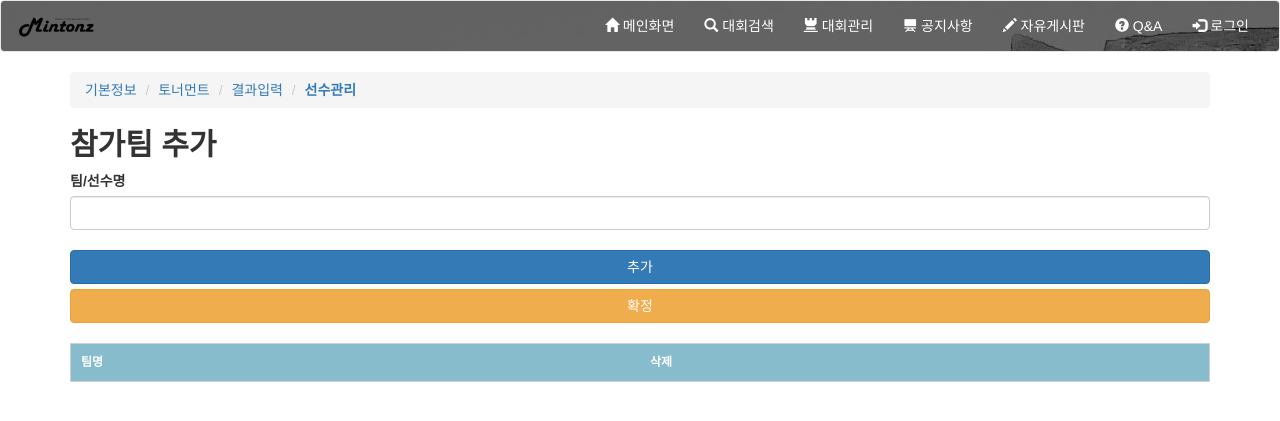
Repository: jjvee/tournament
Page: main/templates/main/admin/addTeam.html
The author's editor kept a record of every edit. The page is drawn from the files as they stood at one moment, then again after the next edit.
The browser window is 1280 px wide. The pictures show the whole page.
The template is drawn by Django 2.2. The application's start-up code is not run. Other server files are loaded and not shown. The template is opened directly, without the code that normally fills it, so the values that code supplies are empty.

Above is the page before.

### main/templates/main/admin/addTeam.html
{% extends "main/base.html" %}
{% block title %}
Mintonz
{% endblock %}


{% block content %}
<style>
	.teamlist{width: 100%; text-align:center; border-collapse: collapse; border:1px solid #d0d0d0; font-size:12px}
	.teamlist tr th{background-color: #86BCCB; padding: 10px; color:#FFFFFF}
	.teamlist tr td{padding: 5px;}
</style>

<script>
    $(function() {
    	$('#addButton').click(function(event) {
			addTeamList();
		});

		$('#confirmButton').click(function(event) {

			var teamArray = [];
			$("table#teamlist tr").each(function() {
			    var middleArr = new Object();
			    var tableData = $(this).find('td#teamname');
			    if (tableData.length > 0) {
			        tableData.each(function() {	middleArr['teamname'] = $(this).text(); });
			        teamArray.push(middleArr);
			    }
			});

			var gameId = '{{game.gameid}}';
			var teamListString = JSON.stringify(teamArray);

			$.ajax({
			type : 'POST',
      		url : '/addTeamProc/',
      		data : {
      			gameId : gameId,
      			teamList : teamListString,
      			"csrfmiddlewaretoken": '{{ csrf_token }}',
      		}
      		}).done(function(responseText) {
          	    if (responseText) {
          	        alert("참가팀 등록을 완료 하였습니다");
          	        var url = '/adminGameTeam/' + gameId;
            	    location.href = url;
          	    }

      		}).always(function() {

      		}).error(function(request, status, error) {
      		    alert("code:" + request.status + "\n" + "message:" + request.responseText + "\n" + "error:" + error);
      		});
		});
	});

	function addTeamList(){
		var teamname = $("#teamname").val();
		if (teamname) {
			$("#teamlist").append("<tr><td id='teamname'>" + teamname + "</td><td onclick='deleteRow(this)'><a href='#'>삭제</a></td></tr>");
			$("#teamname").val("");
		}
	}

	function deleteRow(obj) {
		rowIndex = $(obj).closest('tr').index();
		document.getElementById("teamlist").deleteRow(rowIndex);
	}
</script>
<div class="container">
    <ol class="breadcrumb">
        <li><a href='/adminGame/{{game.gameid}}/'>기본정보</a></li>
        <li><a href='/adminTour/{{game.gameid}}/'>토너먼트</a></li>
        <li><a href='/adminTourResult/{{game.gameid}}/init/'>결과입력</a></li>
        <li class="active"><a href='/adminGameTeam/{{game.gameid}}/'><b>선수관리</b></a></li>
    </ol>
    <h2><b>참가팀 추가</b></h2>
    <label for="teamname">팀/선수명</label>
    <input type="text" class="form-control" id="teamname" name="teamname" onkeypress="if(event.keyCode==13) {addTeamList();}">
    <br>
    <button type="button" class="btn btn-primary btn-block" id="addButton" name="addButton">추가</button>
    <button type="button" class="btn btn-warning btn-block" id="confirmButton" name="confirmButton">확정</button>

    <br>
	<table id="teamlist" class="teamlist">
	    <tr>
	        <th>팀명</th>
	        <th>삭제</th>
	    </tr>
	</table>
</div>
{% endblock %}

### main/templates/main/base.html
<!DOCTYPE html>
<head>
  <title>{% block title %}{% endblock %}</title>
  <meta charset="utf-8">
  <meta http-equiv="X-UA-Compatible" content="IE=edge">
  <meta name="viewport" content="width=device-width, initial-scale=1">
  <link rel="stylesheet" href="https://maxcdn.bootstrapcdn.com/bootstrap/3.3.6/css/bootstrap.min.css">
  <script src="https://ajax.googleapis.com/ajax/libs/jquery/1.12.0/jquery.min.js"></script>
  <script src="https://maxcdn.bootstrapcdn.com/bootstrap/3.3.6/js/bootstrap.min.js"></script>

  {% load static %}
  <!-- JS -->
  <script type="text/javascript" src="{% static 'js/game/game.js' %}"></script>
  <script type="text/javascript" src="{% static 'js/util/common.js' %}"></script>

  <style>
	  #headerLogo{max-width: 80px; height: auto; text-align: left;}
	  .navbar { background-image: url("{% static 'img/background/gray-bg.jpg' %}"); }

	  .navbar-default .navbar-nav li a {
	    color:white;
	  }
	 </style>
</head>
<body>
	<nav class="navbar navbar-default">
      <div class="container-fluid">
        <div class="navbar-header">
          <button type="button" class="navbar-toggle" data-toggle="collapse" data-target="#myNavbar">
            <span class="icon-bar"></span>
            <span class="icon-bar"></span>
            <span class="icon-bar"></span>
          </button>
          <a class="navbar-brand" href="{% url 'main:home' %}"><img id="headerLogo" src="{% static 'img/logo/mintonz_logo_black.png' %}"/></a>
        </div>
        <div class="collapse navbar-collapse" id="myNavbar">
          <ul class="nav navbar-nav navbar-right">
            <li><a href="{% url 'main:home' %}"><span class="glyphicon glyphicon-home"></span>  메인화면</a></li>
            <li><a href="/searchGame"><span class="glyphicon glyphicon-search"></span>  대회검색</a></li>
            <li><a href="/searchAdminGame"><span class="glyphicon glyphicon-tower"></span>  대회관리</a></li>
            <li><a href="/boardList/notice/all"><span class="glyphicon glyphicon-blackboard"></span>  공지사항</a></li>
            <li><a href="/boardList/free/all"><span class="glyphicon glyphicon-pencil"></span>  자유게시판</a></li>
            <li><a href="/boardList/qna/all"><span class="glyphicon glyphicon-question-sign"></span>  Q&A</a></li>
            {% if user.is_authenticated %}
            <li><a href="/logout"><span class="glyphicon glyphicon-log-in"></span>  로그아웃</a></li>
            {% else %}
            <li><a href="/login"><span class="glyphicon glyphicon-log-in"></span>  로그인</a></li>
            {% endif %}
          </ul>
        </div>
      </div>
    </nav>
{% block content %}{% endblock %}
</body>
</html>

### static/js/util/common.js
/**
 *
 */

function uniqueArray(arr) {
	var a = {};
	for (var i = 0; i < arr.length; i++) {
		if (typeof a[arr[i]] == 'undefined') {
			a[arr[i]] = 1;
		}
	}
	arr.length = 0;
	for (var i in a) {
		arr[arr.length] = i;
	}
	return arr;
}

function uniqueJsonArray(arr) {
    var cleaned = [];

    arr.forEach(function(itm) {
        var unique = true;
        cleaned.forEach(function(itm2) {
            if (_.isEqual(itm, itm2)) unique = false;
        });
        if (unique)  cleaned.push(itm);
    });

    return cleaned;
}

function getArrayIndexByKey(array, attr, value) {
	for(var i = 0; i < array.length; i++) {
        if(array[i].hasOwnProperty(attr) && array[i][attr] == value) {
            return i;
        }
    }
    return -1;
}

function getArrayIndexByValue(array, value) {
	for(var i = 0; i < array.length; i++) {

		for(var y = 0; y < array[i].length; y++) {
			if(array[i][y] == value) {
	            return i;
			}
        }
    }
    return -1;
}

function $_GET(param) {
	var vars = {};
	window.location.href.replace(
		/[?&]+([^=&]+)=?([^&]*)?/gi, // regexp
		function( m, key, value ) { // callback
			vars[key] = value !== undefined ? value : '';
		}
	);

	if ( param ) {
		return vars[param] ? vars[param] : null;
	}
	return vars;
}

Loaded but not shown: static/js/game/game.js (2663 lines, source omitted)

After the next edit:
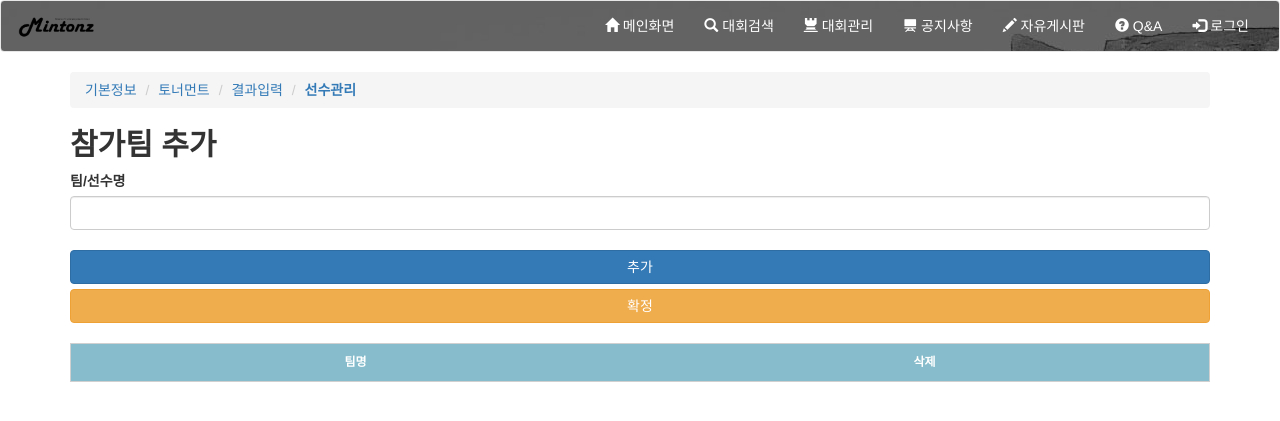
The edit:
--- a/main/templates/main/admin/addTeam.html
+++ b/main/templates/main/admin/addTeam.html
@@ -68,6 +68,9 @@
 		document.getElementById("teamlist").deleteRow(rowIndex);
 	}
 </script>
+<style>
+	#teamlist tr th{text-align:center;}
+</style>
 <div class="container">
     <ol class="breadcrumb">
         <li><a href='/adminGame/{{game.gameid}}/'>기본정보</a></li>
